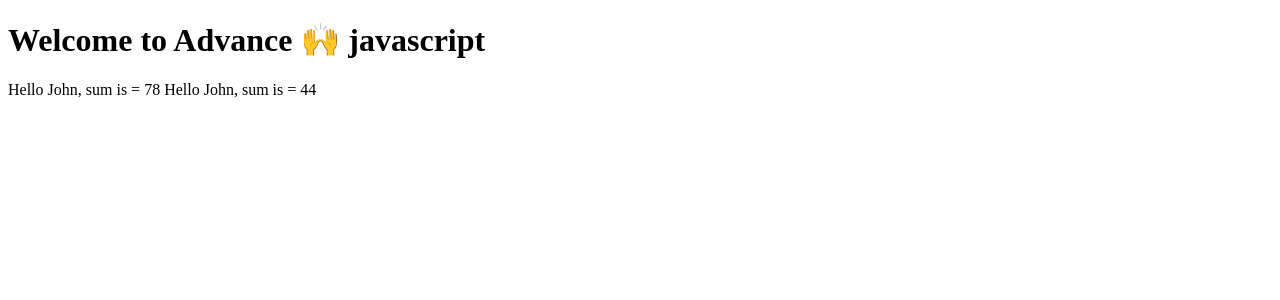
Repository: Gulzarokz/Advance_javascript
Page: index.html
An editor plug-in stored every save of this project. The page is shown before and after the next save, followed by the edit.
The browser window is 1280 px wide. The pictures show the whole page.

Above is the page before, as saved 2026-01-01 22:42:17.

### index.html
<!DOCTYPE html>
<html lang="en">

<head>
    <meta charset="UTF-8">
    <meta name="viewport" content="width=device-width, initial-scale=1.0">
    <title>Advance 🙌 javascript</title>
</head>

<body>
    <h1>Welcome to Advance 🙌 javascript</h1>

    <script src="./index.js"></script>
</body>

</html>

### index.js
// This is the main JavaScript file for the Advance 🙌 javascript project
//var, let and const
//two versions of javascript
//ES5 - 2009
//ES6 old var, let - 2015 new version const and let

// we will used both version of es6 and es5
// es5 - var
// es6 - let and const
// difference between var, let and const
// 1. var is function scoped
// var add self into window object
// function testVar() {
//     for (var i = 0; i < 5; i++) {
//         console.log(i);
//     }
//     console.log(i);

// }
// testVar();
//    let are  block scoped
// let con't add self into window object
// function testLet() {
//     for (let i = 0; i < 5; i++) {
//         console.log(i);
//     }
//     console.log(i);

// }
// testLet();
// 2. var can be re-declared and updated
//    let can be updated but not re-declared
//    const can neither be updated nor re-declared
//

// practical of var, let and const

// var a = 10;
// var a = 20; // re-declared
// a = 30; // updated
// console.log("var a:", a); // 30
// scopping difference
// if (1 == 1) {
//     var x = 10; // function scoped
// }
// console.log(x);

// let
// let b = 10;
// let b = 15; // re-declared error
// b = 20; // updated
// console.log(b);
// if (1 == 1) {
//     let x = 10; // function scoped
//     console.log(x);

// }
// console.log(x);

// const  cannot be updated or re-declared
// const c = 10;
// const c = 20;
// c = 30;
// console.log(c);

// if (1 == 1) {
//     const  x = 10; // function scoped
//     console.log(x);

// }
// console.log(x);
// ====================================================================
// Templete Literals
// ======================================

// var user = "John";
// var greeting = "Hello " + user; before es6 and template literals
// var greeting = `Hello ${user}; welcome to template literals`
// console.log(greeting);

// used in function
// var fName = "John";
// var lName = "Doe";
// function fullName(fName, lName) {
//     return `Your full name is ${fName} ${lName}`;
// }

// let result = fullName(fName, lName);
// console.log(result);

//  ====================================================================
// Arrow Functions
// ======================================
//  funcation add(a, b) { normal function
//         return a + b;
//  }
//  add(5, 10); // 15

// let add = function(a, b){ // function expression
//     return a + b;
// }
// add(5, 10); // 15
//  arrow function
// let add = (a, b) => {
//     return a + b;
// }
// let result = add(5, 10); // 15
// console.log(result);

//  ====================================================================
// Rest operator
// ======================================

// let sum = (name, ...args) => {

//     console.log(`Hello ${name}`);
//     let sum = 0;
//     for (let i in args) {
//         sum += args[i];
//     }
//     return sum;
// }
// console.log(sum("John", 1, 2, 3, 4, 5)); // 15

//  ====================================================================
// var , let , const
// ======================================

// var a = "I am var";
// var a = "Hello " can be re-declared
// a = "world"       can be re-assign
// console.log(a);

// const
// const a = "I am const";
// // var a = "Hello " cannot be re-declared
// // a = "world"      cannot be re-assign
// console.log(a);
// // a = "world"
// console.log(a);

// let

// let a = "i am let";
// let a = "world";  cannot be re-declared
// a = "hello";      // can be re-assign
// a = "hello";
// console.log(a);

// if (1 == 1) {
//     var a = "hello"
//     console.log(a);

// }
// console.log(a);

// if (1 == 1) {
//     let a = "hello"
//     console.log(a);

// }
// console.log(a);


// if (1 == 1) {
//     const a = "hello"
//     console.log(a);

// }
// console.log(a);

// templet staring and templet literals

// let user = "gulzar khan";
// let marks = 550;
// // console.log("Hello" +  user);
// // console.log(`Hello ${user}, welcome to templet literals`);
// console.log(`Hello ${user}, your marks is = ${marks}`);

// let fName = "Gulzar";
// let lName = "Khan";

// function fullName(fName, lName) {
//     return `your fullName is ${fName} ${lName}`;
// }

// let result = fullName(fName, lName);
// console.log(result);

// rest operator

function sum(name, ...args) {
    let sum = 0;

    for (let i in args) {
        sum += args[i]
    }
    // console.log(sum);
    document.writeln(`Hello ${name}, sum is  = ${sum}`);


}

sum("John", 23, 21, 34)
sum("John", 23, 21)

After the next save:
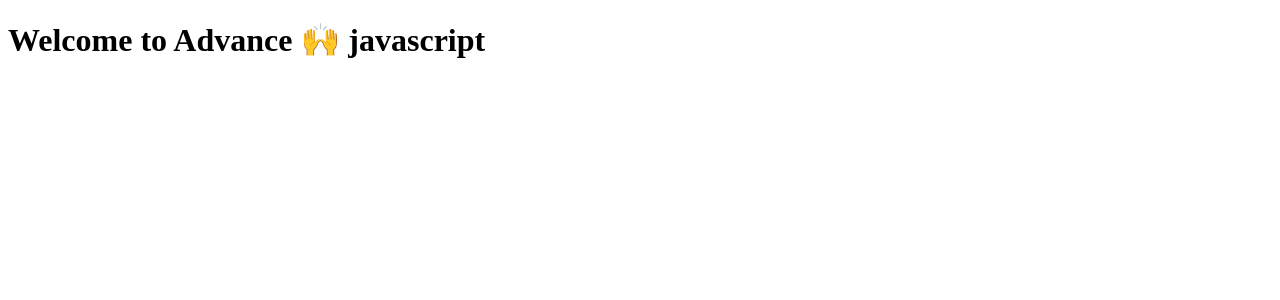
Saved 3 min 29 s later.
--- a/index.js
+++ b/index.js
@@ -189,17 +189,24 @@
 
 // rest operator
 
-function sum(name, ...args) {
-    let sum = 0;
-
-    for (let i in args) {
-        sum += args[i]
-    }
-    // console.log(sum);
-    document.writeln(`Hello ${name}, sum is  = ${sum}`);
-
-
-}
-
-sum("John", 23, 21, 34)
-sum("John", 23, 21)
+// function sum(name, ...args) {
+//     let sum = 0;
+
+//     for (let i in args) {
+//         sum += args[i]
+//     }
+//     // console.log(sum);
+//     document.writeln(`Hello ${name}, sum is  = ${sum}`);
+
+
+// }
+
+// sum("John", 23, 21, 34)
+// sum("John", 23, 21)
+
+// spread operator
+
+let arr1 = [1, 2, 3];
+let arr2 = [4, 5, 6];
+let arr3 = [...arr1, ...arr2];
+console.log(arr3);
